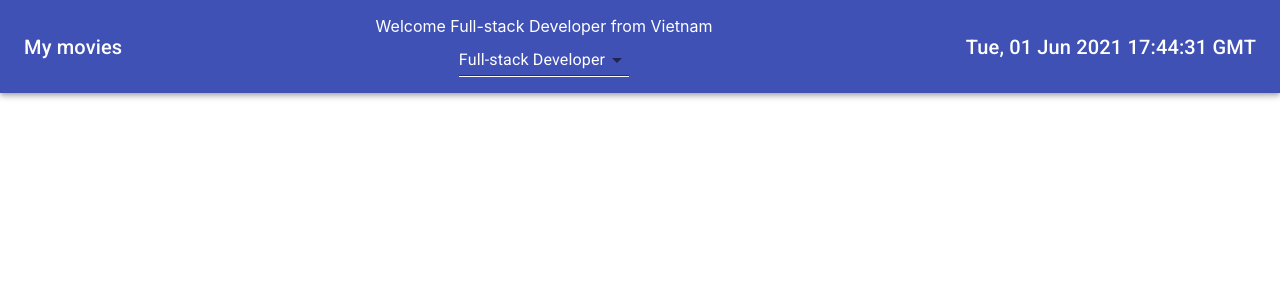
Repository: baodien1405/movie-app
Page: /
The author's editor kept a copy of each file at every save. The page is drawn from the files as they stood at one save, then again after the next save.
The browser window is 1280 px wide. The pictures show the whole page.
The project was rebuilt for these pictures with package versions that can differ from the ones it lists, and the page was loaded fresh each time. Also part of the build but not shown: src/App.css.

Above is the page before, as saved 2021-06-01 18:41:45.

After the next save:
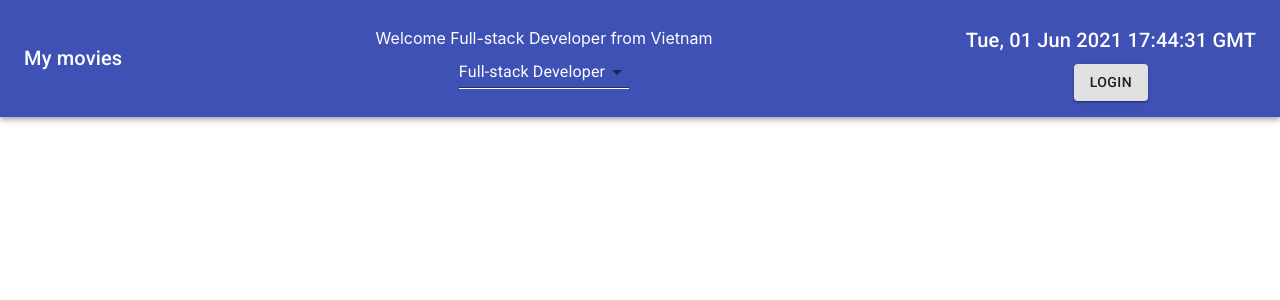
Saved 52 s later.
--- a/src/components/Navbar/Navbar.component.tsx
+++ b/src/components/Navbar/Navbar.component.tsx
@@ -1,5 +1,5 @@
 import React, {ChangeEvent, useEffect, useState} from 'react';
-import { AppBar, Box, FormControl, MenuItem, Select, Toolbar, Typography } from "@material-ui/core";
+import { AppBar, Box, Button, FormControl, MenuItem, Select, Toolbar, Typography } from "@material-ui/core";
 import WelcomeMessage from '../WelcomeMessage/WelcomeMessage.component';
 import { createStyles, makeStyles, Theme } from "@material-ui/core/styles";
 
@@ -49,6 +49,7 @@ function Navbar() {
             <Box my={1}>
               <Typography variant="h6">{time.toUTCString()}</Typography>
             </Box>
+            <Button variant="contained">Login</Button>
           </Box>
         </Box>
       </Toolbar>
